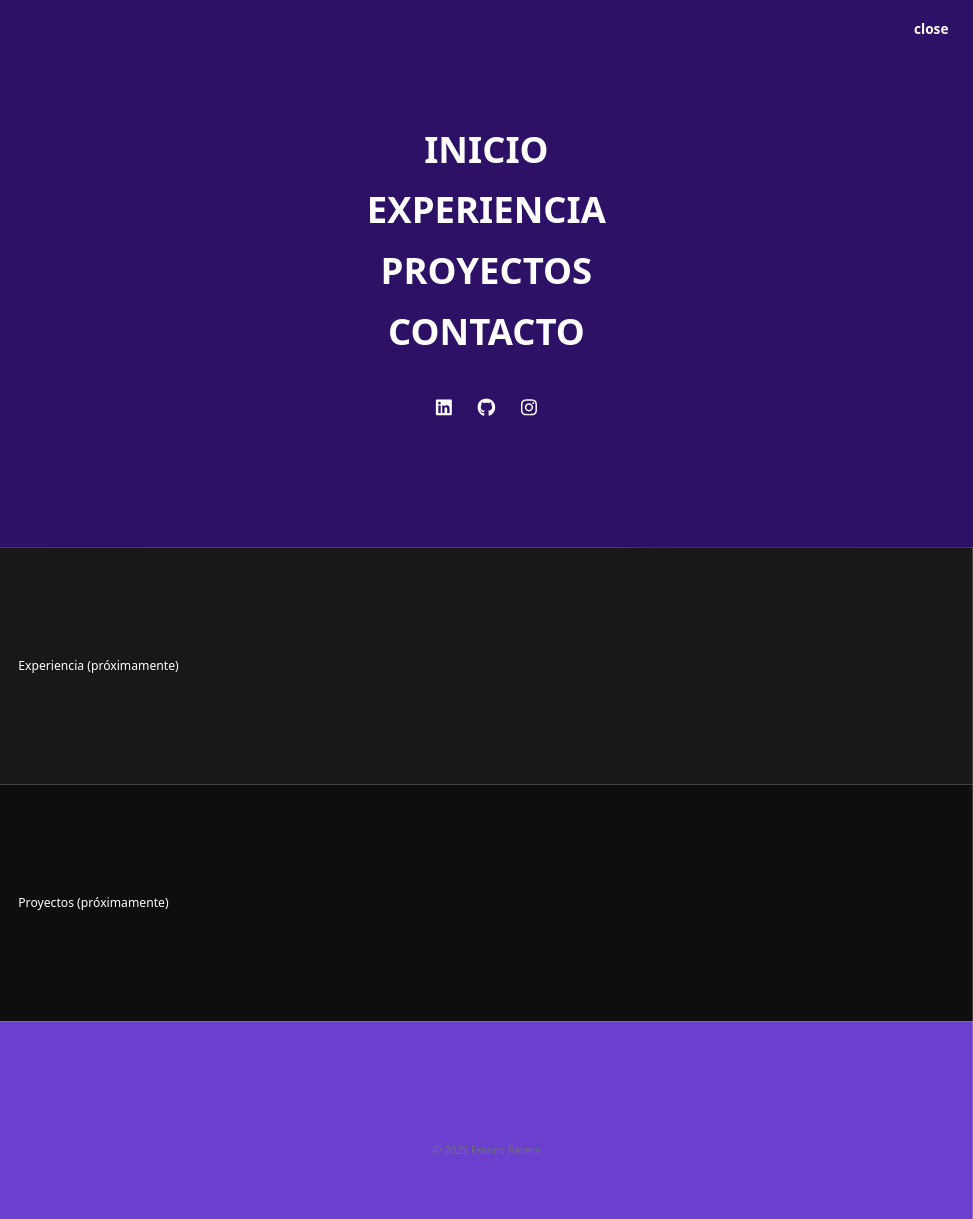
Repository: francoluca35/portfolio-franco-dev
Page: /, after clicking the first element matching `button.space-y-2`
An editor plug-in stored every save of this project. The page is shown before and after the next save, followed by the edit.
The browser window is 1280 px wide. The pictures show the whole page, at 76% of full size.
The project was rebuilt for these pictures with package versions that can differ from the ones it lists, and the page was loaded fresh each time. The framework's server and built-in components were replaced by stand-ins that run in the browser. Also part of the build but not shown: next.config.js.

Above is the page before, as saved 2025-05-06 01:49:57.

After the next save:
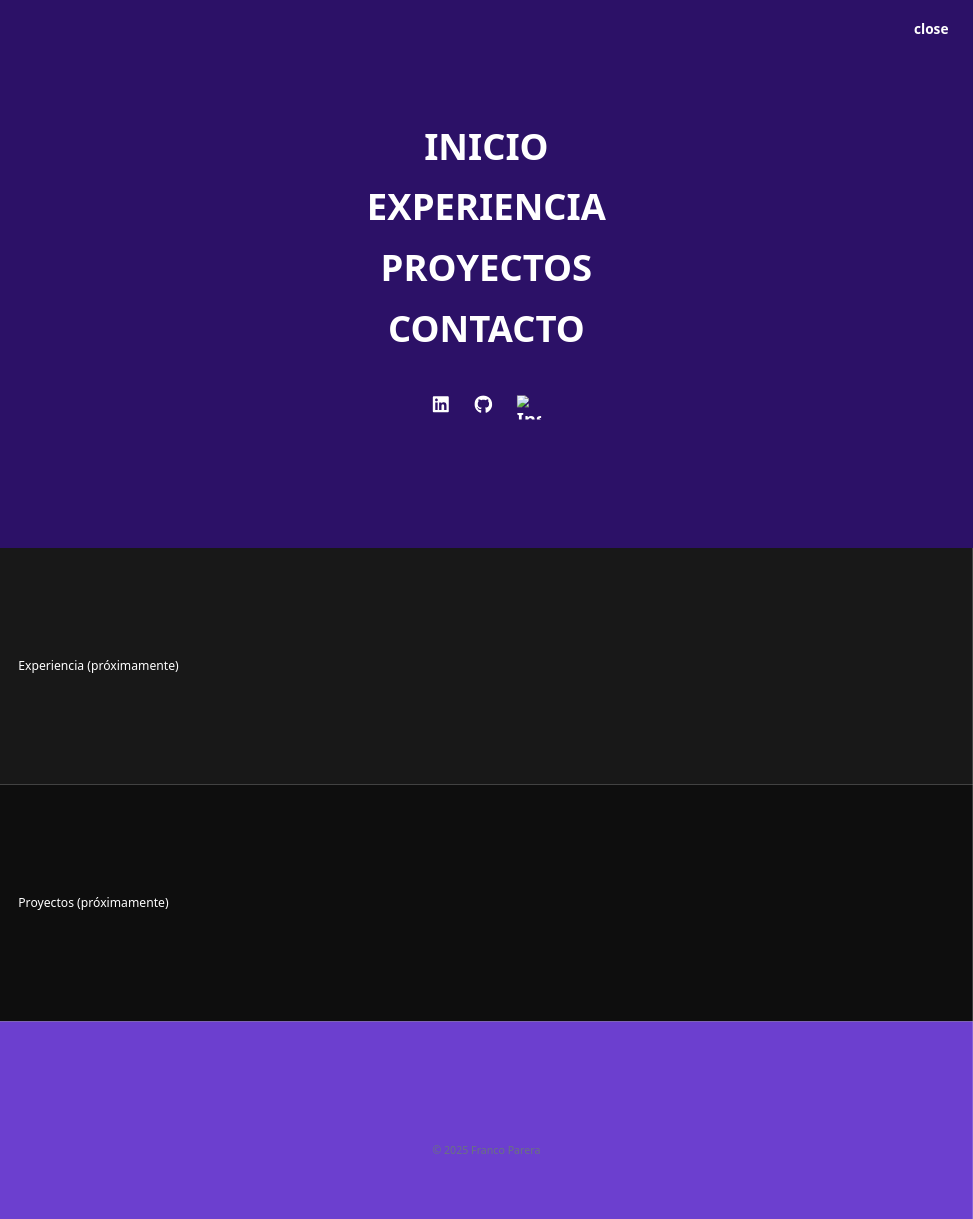
Not found: icons/instagram-gradient.png
Saved 110 s later.
--- a/components/Nav.jsx
+++ b/components/Nav.jsx
@@ -93,9 +93,13 @@
                 href="https://instagram.com"
                 target="_blank"
                 rel="noopener noreferrer"
-                className="transition-all duration-300"
+                className="w-8 h-8"
               >
-                <FaInstagram className=" bg-clip-text bg-gradient-to-tr from-yellow-400 via-pink-500 to-purple-600" />
+                <img
+                  src="/icons/instagram-gradient.png"
+                  alt="Instagram"
+                  className="w-full h-full object-contain"
+                />
               </a>
             </div>
           </motion.div>

After the save that followed:
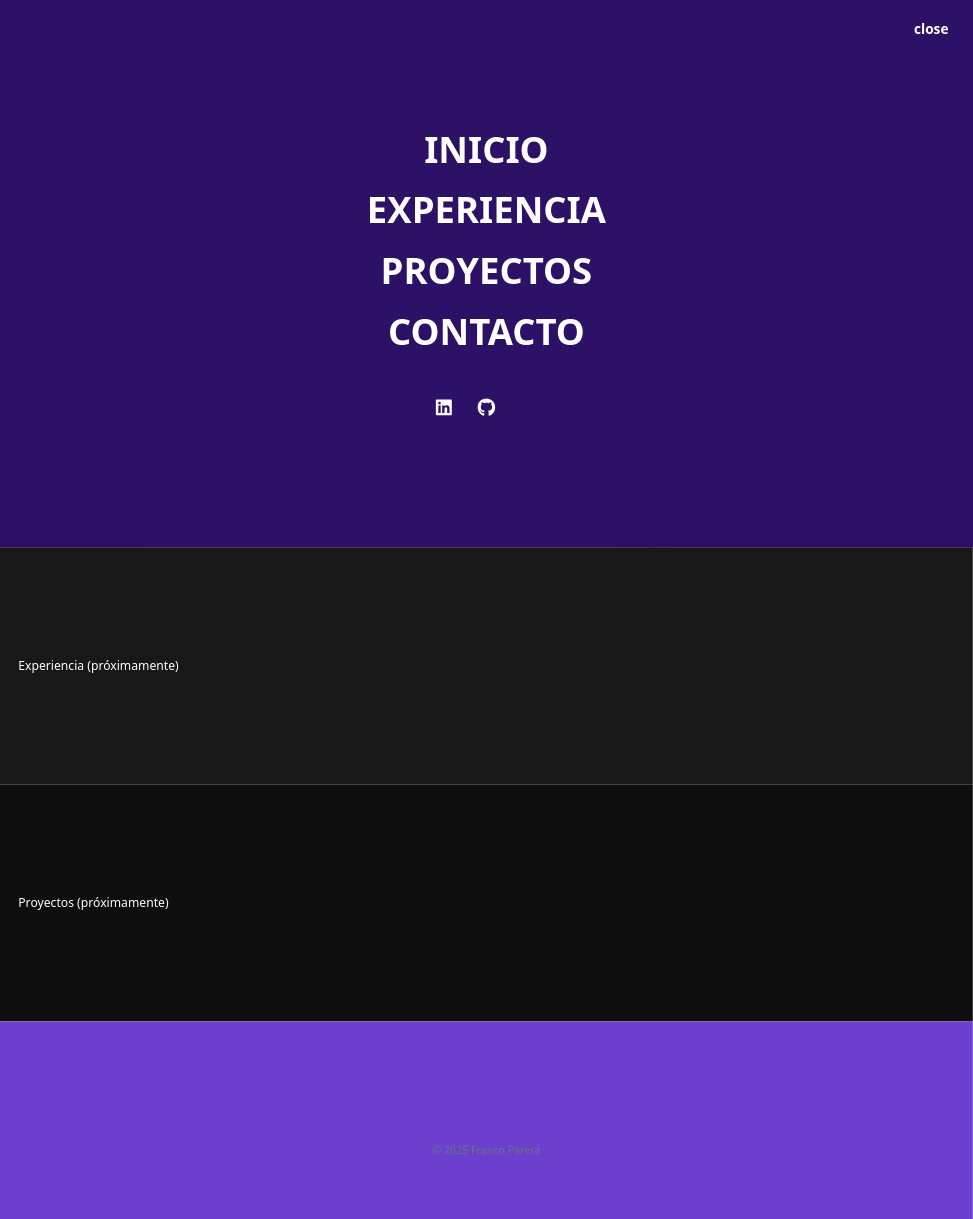
Saved 14 s later.
--- a/components/Nav.jsx
+++ b/components/Nav.jsx
@@ -93,13 +93,9 @@
                 href="https://instagram.com"
                 target="_blank"
                 rel="noopener noreferrer"
-                className="w-8 h-8"
+                className="transition-all duration-300"
               >
-                <img
-                  src="/icons/instagram-gradient.png"
-                  alt="Instagram"
-                  className="w-full h-full object-contain"
-                />
+                <FaInstagram className="text-transparent bg-clip-text bg-gradient-to-tr from-yellow-400 via-pink-500 to-purple-600" />
               </a>
             </div>
           </motion.div>
